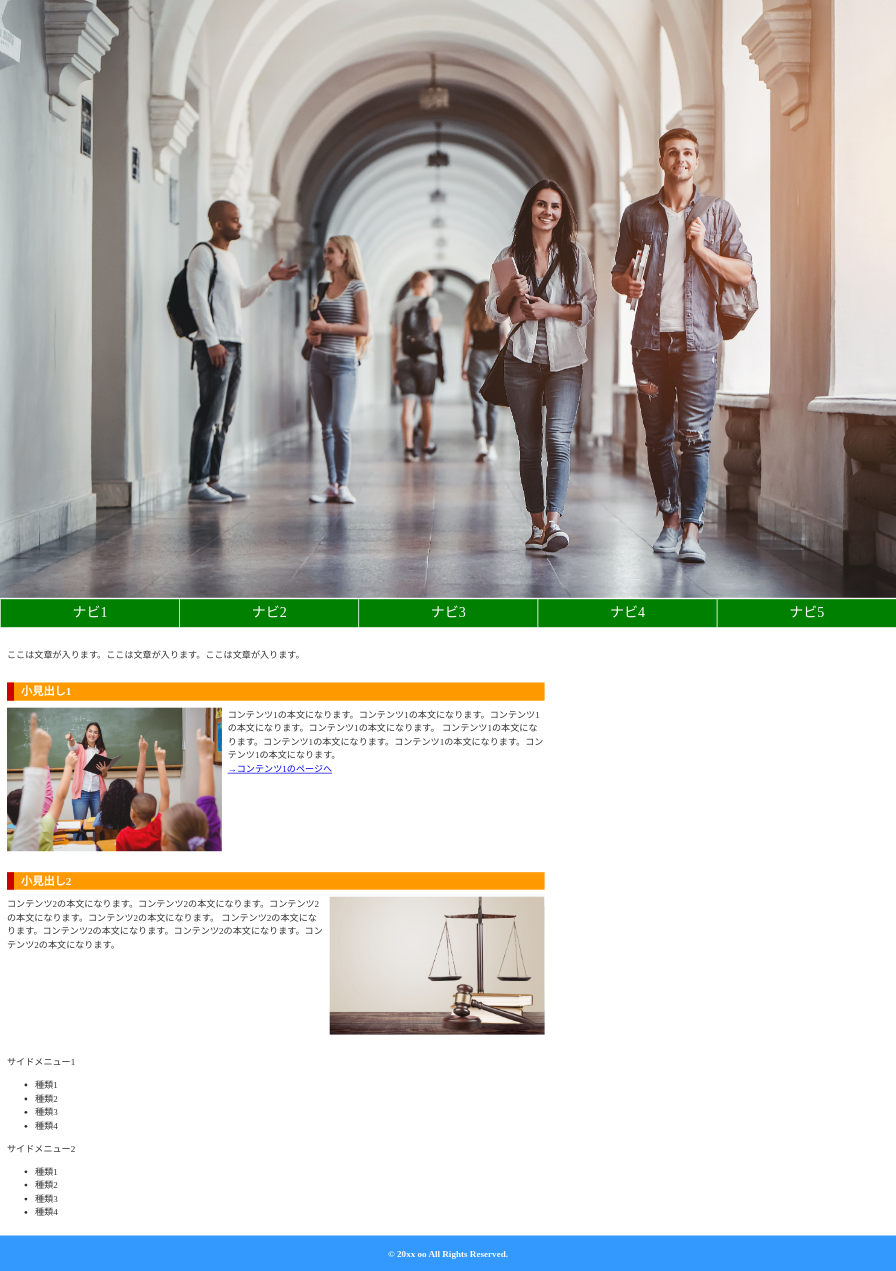
Repository: BenBen-san/Typing-Game
Page: 2nd Trial/home2.html
The author's editor kept a record of every edit. The page is drawn from the files as they stood at one moment, then again after the next edit.
The browser window is 1280 px wide. The pictures show the whole page, at 70% of full size.

Above is the page before.

After the next edit:
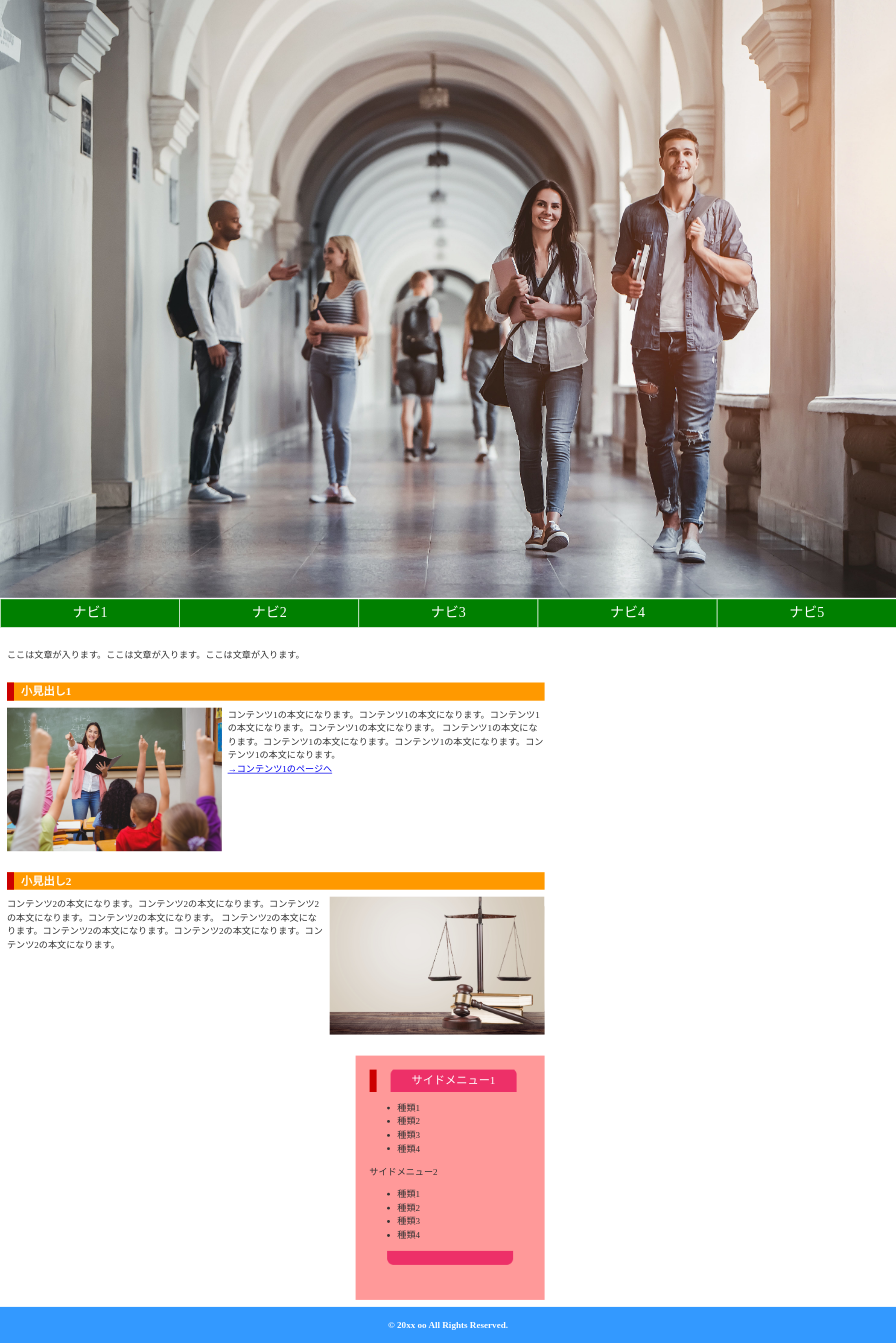
The edit:
--- a/2nd Trial/home2.html
+++ b/2nd Trial/home2.html
@@ -47,14 +47,15 @@
                         </p>
                     </div>
 
-                    <div class="sidemenu">
-                        <div class="sidemenu1">
-                            <p>サイドメニュー1<p>
-                            <ul class="menulist">
-                                <li class=type>種類1</li>
-                                <li class=type>種類2</li>
-                                <li class=type>種類3</li>
-                                <li class=type>種類4</li>
+                    <div id="side">
+                        <div class="box">
+                            <h2>サイドメニュー1</h2>
+                            <div class="box-body">
+                                <ul>
+                                    <li class=type>種類1</li>
+                                    <li class=type>種類2</li>
+                                    <li class=type>種類3</li>
+                                    <li class=type>種類4</li>
                             </ul>
                             <div class="under-box"></div>
                         </div>
